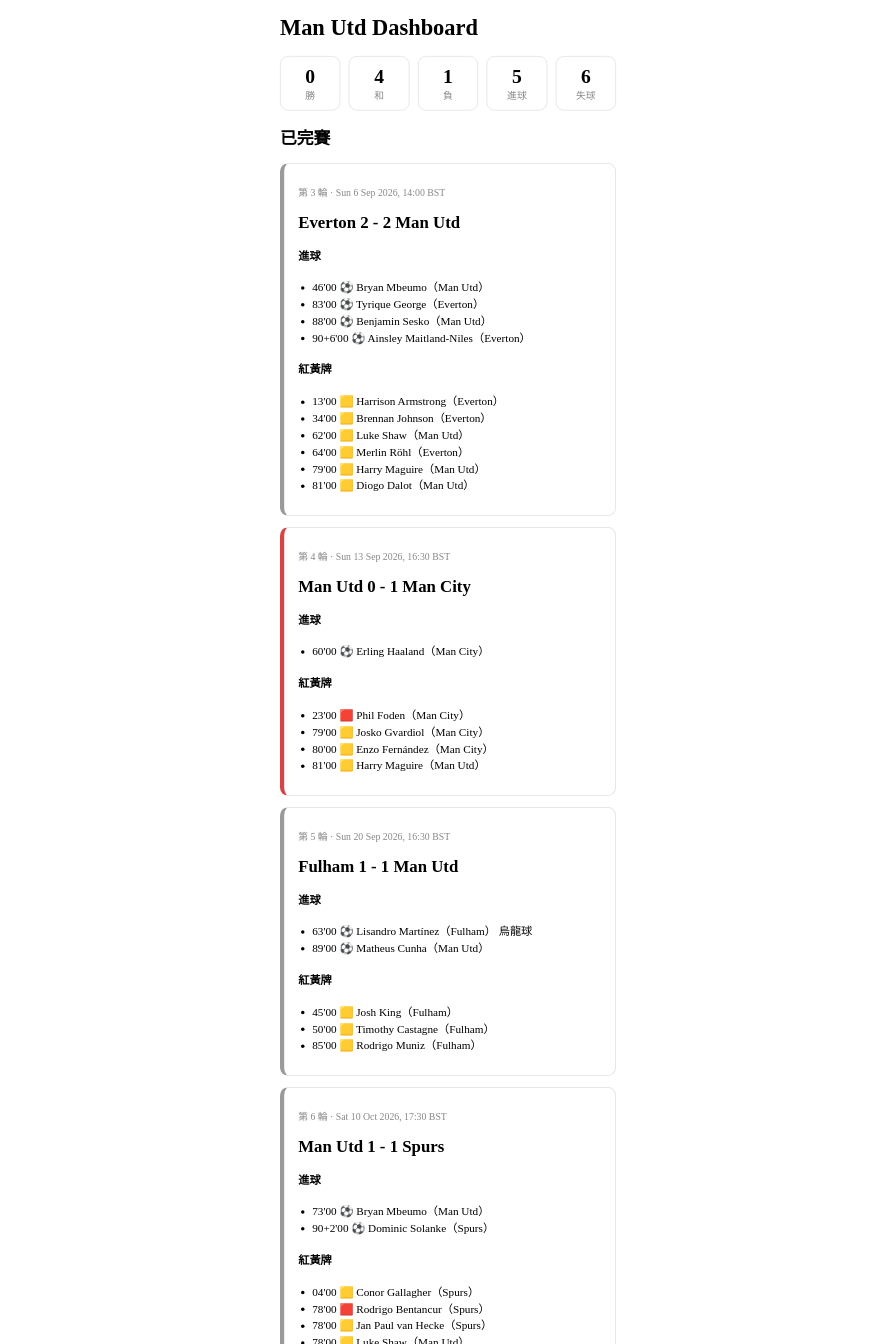
Repository: Chengyu0814/Premier-League-Dashboard
Page: / (app in frontend/)
An editor plug-in stored every save of this project. The page is shown before and after a run of saves, followed by the edit.
The browser window is 1280 px wide. The pictures show the part of the page from y = 0 to 1920 px (the page is 3008 px tall before and 3296 px after), at 70% of full size.
The project was rebuilt for these pictures with package versions that can differ from the ones it lists, and the page was loaded fresh each time. Also part of the build but not shown: frontend/vite.config.js.

Above is the page before, as saved 2026-10-26 16:24:12.

### frontend/src/App.jsx
import PremierLeague from'./PremierLeague.jsx';
import "./index.css";

function App() {

  return (
    <>
    <PremierLeague/>
    </>
)
}

export default App

### frontend/src/PremierLeague.jsx
import { useState, useEffect } from 'react'
import MatchCard from './MatchCard.jsx'
 import Summary from './Summary.jsx'

function PremierLeague() {

  const [matches, setMatches] = useState([])

  useEffect(() => {
    fetch('/man_utd_summary.json')
      .then((res) => res.json())
      .then((data) => {setMatches(data)})
    }, [])

  const finished = matches.filter((m) => m.status === 'C')
  const upcoming = matches.filter((m) => m.status === 'U')

  return (
    <div className="dashboard">
    <h1>Man Utd Dashboard</h1>
    <Summary matches={finished}/>
     <h2>已完賽</h2>
    {finished.map(
      (m) =>(<MatchCard key={m.gameweek} match={m} />)
    )}
    <h2>即將進行</h2>
    {upcoming.map((m) => <MatchCard key={m.gameweek} match={m} />)}
    </div>
)
}

export default PremierLeague

### frontend/src/index.css
.dashboard {
    max-width: 480px;
    margin: 0 auto;
    padding: 0 16px;
}

.match-card{
    border: 1px solid #ddd;
    border-radius: 12px;
    padding: 16px 20px;
    margin: 16px 0;
    max-width: 480px;
    text-align: left;
}

.match-card.result-W { border-left: 6px solid #2e9e5b; }
.match-card.result-D { border-left: 6px solid #9a9a9a; }
.match-card.result-L { border-left: 6px solid #d64545; }

.match-card .kickoff{
    color: #888;
    font-size: 14px;
}

.match-card ul{
    padding-left: 20px;
}

.summary {
    display: flex;
    gap: 12px;
    max-width: 480px;
}
.stat {
    flex: 1;
    border: 1px solid #ddd;
    border-radius: 12px;
    padding: 12px 0;
    text-align: center;
}
.stat-value {
    font-size: 28px;
    font-weight: bold;
}
.stat-label {
    color: #888;
    font-size: 14px;
}
.match-card.upcoming {
    border-style: dashed;
  }

### frontend/src/MatchCard.jsx
import { TEAM, getResult } from './matchUtils.js'

const CARD_LABEL = { Y: '🟨', R: '🟥', YR: '🟨🟥' }

function MatchCard({ match }) {
  const { gameweek, kickoff, status, home, away, goals, cards } = match
  if (status !== 'C') {
  return (
    <div className="match-card upcoming">
      <p className="kickoff">第 {gameweek} 輪 · {kickoff}</p>
      <h2>{home.team} vs {away.team}</h2>
    </div>
  )
  }
  const { result } = getResult(match)
  const teamName = (name) => (name === TEAM ? <strong>{name}</strong> : name)
  return (
  <div className={`match-card result-${result}`}>
    <p className="kickoff">第 {gameweek} 輪 · {kickoff}</p>
    <h2>{teamName(home.team)} {home.score} - {away.score} {teamName(away.team)}</h2>

    <h4>進球</h4>
    <ul>
    {goals.map((g, i) => (
      <li key={i}>
        {g.time} ⚽ {g.player}（{g.team}）
        {g.type === 'O' && ' 烏龍球'}
        {g.type === 'P' && ' 點球'}
      </li>
      ))}

    </ul>
    <h4>紅黃牌</h4>
    <ul>
      {cards.map((c, i) => (
        <li key={i}>
          {c.time} {CARD_LABEL[c.card]} {c.player}（{c.team}）
        </li>
    ))}
    </ul>
  </div>
  )
}

export default MatchCard

### frontend/src/Summary.jsx
import { getResult } from './matchUtils.js'

function Summary({ matches }) {
    let win = 0, draw = 0, loss = 0, goalsFor = 0, goalsAgainst = 0

    for (const m of matches) {
        const {us, them, result} = getResult(m)

        goalsFor += us
        goalsAgainst += them
        if (result==="W") win++
        else if (result==="D") draw++
        else loss++
    }

    const stats = [
        { label: '勝', value: win },
        { label: '和', value: draw },
        { label: '負', value: loss },
        { label: '進球', value: goalsFor },
        { label: '失球', value: goalsAgainst }
    ]

    return (
    <div className="summary">
        {stats.map((s) => (
        <div key={s.label} className="stat">
            <div className="stat-value">{s.value}</div>
            <div className="stat-label">{s.label}</div>
        </div>
        ))}
    </div>
    )
}

export default Summary

### frontend/src/matchUtils.js
export const TEAM = 'Man Utd'

export function getSides(match) {
    const isHome = match.home.team === TEAM
    const us = isHome ? match.home : match.away
    const them = isHome ? match.away : match.home
    return { isHome, us, them }
}

export function getResult(match) {
    const isHome = match.home.team === TEAM
    const us = isHome ? match.home.score : match.away.score
    const them = isHome ? match.away.score : match.home.score

    let result = 'D'
    if (us > them) result = 'W'
    else if (us < them) result = 'L'

    return { us, them, result }
}

### frontend/public/man_utd_summary.json
[
  {
    "gameweek": 3,
    "kickoff": "Sun 6 Sep 2026, 14:00 BST",
    "status": "C",
    "home": {
      "team": "Everton",
      "score": 2
    },
    "away": {
      "team": "Man Utd",
      "score": 2
    },
    "goals": [
      {
        "time": "46'00",
        "team": "Man Utd",
        "player": "Bryan Mbeumo",
        "type": "G"
      },
      {
        "time": "83'00",
        "team": "Everton",
        "player": "Tyrique George",
        "type": "G"
      },
      {
        "time": "88'00",
        "team": "Man Utd",
        "player": "Benjamin Sesko",
        "type": "G"
      },
      {
        "time": "90+6'00",
        "team": "Everton",
        "player": "Ainsley Maitland-Niles",
        "type": "G"
      }
    ],
    "cards": [
      {
        "time": "13'00",
        "team": "Everton",
        "player": "Harrison Armstrong",
        "card": "Y"
      },
      {
        "time": "34'00",
        "team": "Everton",
        "player": "Brennan Johnson",
        "card": "Y"
      },
      {
        "time": "62'00",
        "team": "Man Utd",
        "player": "Luke Shaw",
        "card": "Y"
      },
      {
        "time": "64'00",
        "team": "Everton",
        "player": "Merlin Röhl",
        "card": "Y"
      },
      {
        "time": "79'00",
        "team": "Man Utd",
        "player": "Harry Maguire",
        "card": "Y"
      },
      {
        "time": "81'00",
        "team": "Man Utd",
        "player": "Diogo Dalot",
        "card": "Y"
      }
    ]
  },
  {
    "gameweek": 4,
    "kickoff": "Sun 13 Sep 2026, 16:30 BST",
    "status": "C",
    "home": {
      "team": "Man Utd",
      "score": 0
    },
    "away": {
      "team": "Man City",
      "score": 1
    },
    "goals": [
      {
        "time": "60'00",
        "team": "Man City",
        "player": "Erling Haaland",
        "type": "G"
      }
    ],
    "cards": [
      {
        "time": "23'00",
        "team": "Man City",
        "player": "Phil Foden",
        "card": "R"
      },
      {
        "time": "79'00",
        "team": "Man City",
        "player": "Josko Gvardiol",
        "card": "Y"
      },
      {
        "time": "80'00",
        "team": "Man City",
        "player": "Enzo Fernández",
        "card": "Y"
      },
      {
        "time": "81'00",
        "team": "Man Utd",
        "player": "Harry Maguire",
        "card": "Y"
      }
    ]
  },
  {
    "gameweek": 5,
    "kickoff": "Sun 20 Sep 2026, 16:30 BST",
    "status": "C",
    "home": {
      "team": "Fulham",
      "score": 1
    },
    "away": {
      "team": "Man Utd",
      "score": 1
    },
    "goals": [
      {
        "time": "63'00",
        "team": "Fulham",
        "player": "Lisandro Martínez",
        "type": "O"
      },
      {
        "time": "89'00",
        "team": "Man Utd",
        "player": "Matheus Cunha",
        "type": "G"
      }
    ],
    "cards": [
      {
        "time": "45'00",
        "team": "Fulham",
        "player": "Josh King",
        "card": "Y"
      },
      {
        "time": "50'00",
        "team": "Fulham",
        "player": "Timothy Castagne",
        "card": "Y"
      },
      {
        "time": "85'00",
        "team": "Fulham",
        "player": "Rodrigo Muniz",
        "card": "Y"
      }
    ]
  },
  {
    "gameweek": 6,
    "kickoff": "Sat 10 Oct 2026, 17:30 BST",
    "status": "C",
    "home": {
      "team": "Man Utd",
      "score": 1
    },
    "away": {
      "team": "Spurs",
      "score": 1
    },
    "goals": [
      {
        "time": "73'00",
        "team": "Man Utd",
        "player": "Bryan Mbeumo",
        "type": "G"
      },
      {
        "time": "90+2'00",
        "team": "Spurs",
        "player": "Dominic Solanke",
        "type": "G"
      }
    ],
    "cards": [
      {
        "time": "04'00",
        "team": "Spurs",
        "player": "Conor Gallagher",
        "card": "Y"
      },
      {
        "time": "78'00",
        "team": "Spurs",
        "player": "Rodrigo Bentancur",
        "card": "R"
      },
      {
        "time": "78'00",
        "team": "Spurs",
        "player": "Jan Paul van Hecke",
        "card": "Y"
      },
      {
        "time": "78'00",
        "team": "Man Utd",
        "player": "Luke Shaw",
        "card": "Y"
      },
      {
        "time": "84'00",
        "team": "Man Utd",
        "player": "Bruno Fernandes",
        "card": "Y"
      },
      {
        "time": "87'00",
        "team": "Man Utd",
        "player": "Lisandro Martínez",
        "card": "Y"
      },
      {
        "time": "90+6'00",
        "team": "Man Utd",
        "player": "Diogo Dalot",
        "card": "Y"
      },
      {
        "time": "90+8'00",
        "team": "Spurs",
        "player": "Archie Gray",
        "card": "Y"
      }
    ]
  },
  {
    "gameweek": 7,
    "kickoff": "Sun 18 Oct 2026, 14:00 BST",
    "status": "C",
    "home": {
      "team": "Leeds",
      "score": 1
    },
    "away": {
      "team": "Man Utd",
      "score": 1
    },
    "goals": [
      {
        "time": "35'00",
        "team": "Man Utd",
        "player": "Bryan Mbeumo",
        "type": "G"
      },
      {
        "time": "51'00",
        "team": "Leeds",
        "player": "Dominic Calvert-Lewin",
        "type": "G"
      }
    ],
    "cards": [
      {
        "time": "17'00",
        "team": "Man Utd",
        "player": "Bruno Fernandes",
        "card": "Y"
      },
      {
        "time": "19'00",
        "team": "Leeds",
        "player": "Gabriel Gudmundsson",
        "card": "Y"
      },
      {
        "time": "90+2'00",
        "team": "Man Utd",
        "player": "Andrey Santos",
        "card": "Y"
      },
      {
        "time": "90+2'00",
        "team": "Leeds",
        "player": "Ethan Ampadu",
        "card": "Y"
      }
    ]
  },
  {
    "gameweek": 8,
    "kickoff": "Sun 25 Oct 2026, 14:00 GMT",
    "status": "U",
    "home": {
      "team": "Man Utd",
      "score": null
    },
    "away": {
      "team": "Bournemouth",
      "score": null
    },
    "goals": [],
    "cards": []
  },
  {
    "gameweek": 9,
    "kickoff": "Sat 31 Oct 2026, 12:30 GMT",
    "status": "U",
    "home": {
      "team": "Chelsea",
      "score": null
    },
    "away": {
      "team": "Man Utd",
      "score": null
    },
    "goals": [],
    "cards": []
  },
  {
    "gameweek": 10,
    "kickoff": "Sun 8 Nov 2026, 16:30 GMT",
    "status": "U",
    "home": {
      "team": "Man Utd",
      "score": null
    },
    "away": {
      "team": "Aston Villa",
      "score": null
    },
    "goals": [],
    "cards": []
  }
]

Loaded but not shown: frontend/index.html (common file); frontend/src/main.jsx (common file)

After the next 2 saves:
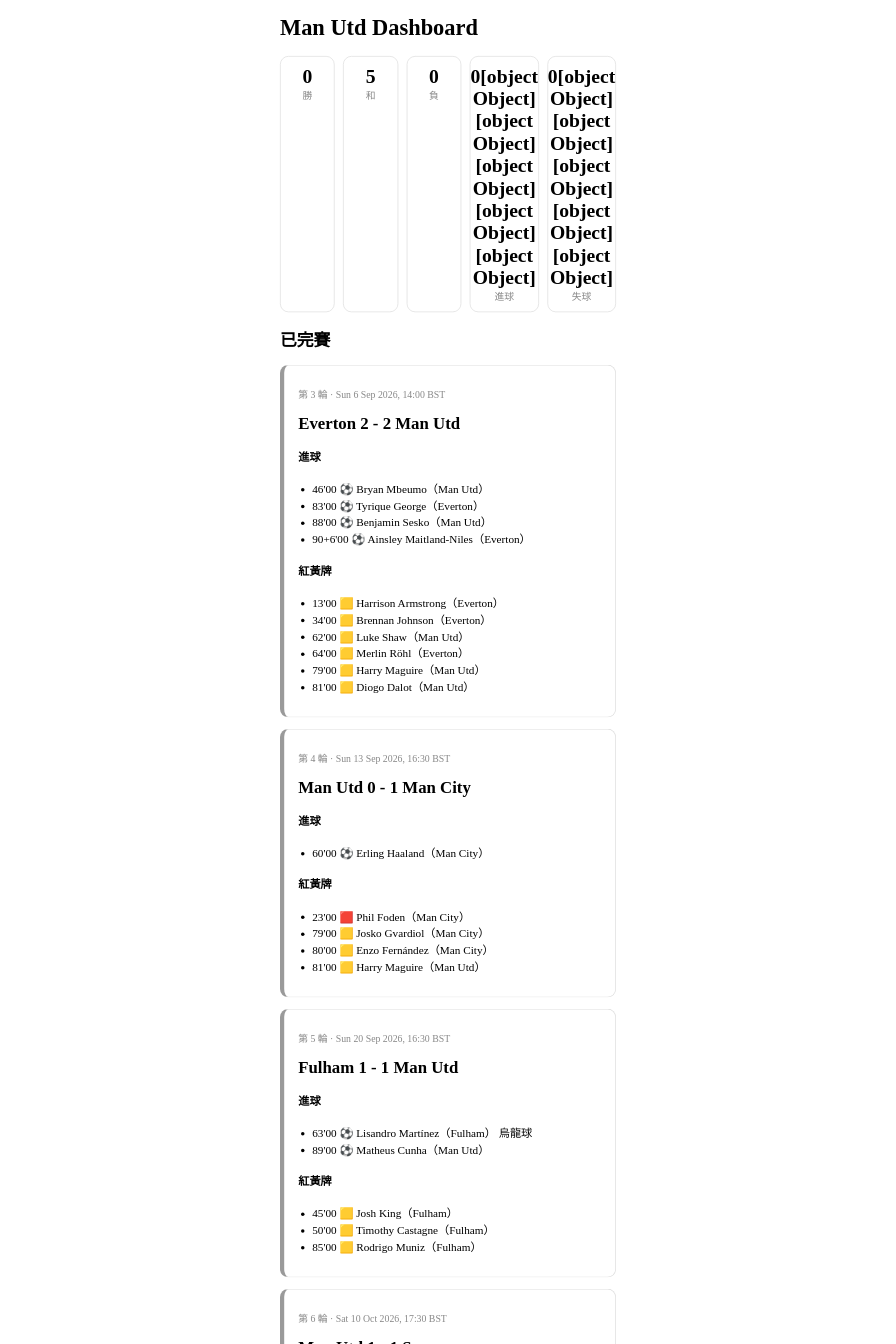
The 2 saves are shown as one change because they came seconds apart.
The last was saved 39 s later.
--- a/frontend/src/matchUtils.js
+++ b/frontend/src/matchUtils.js
@@ -8,9 +8,7 @@
 }
 
 export function getResult(match) {
-    const isHome = match.home.team === TEAM
-    const us = isHome ? match.home.score : match.away.score
-    const them = isHome ? match.away.score : match.home.score
+    const { us, them } = getSides(match)
 
     let result = 'D'
     if (us > them) result = 'W'
